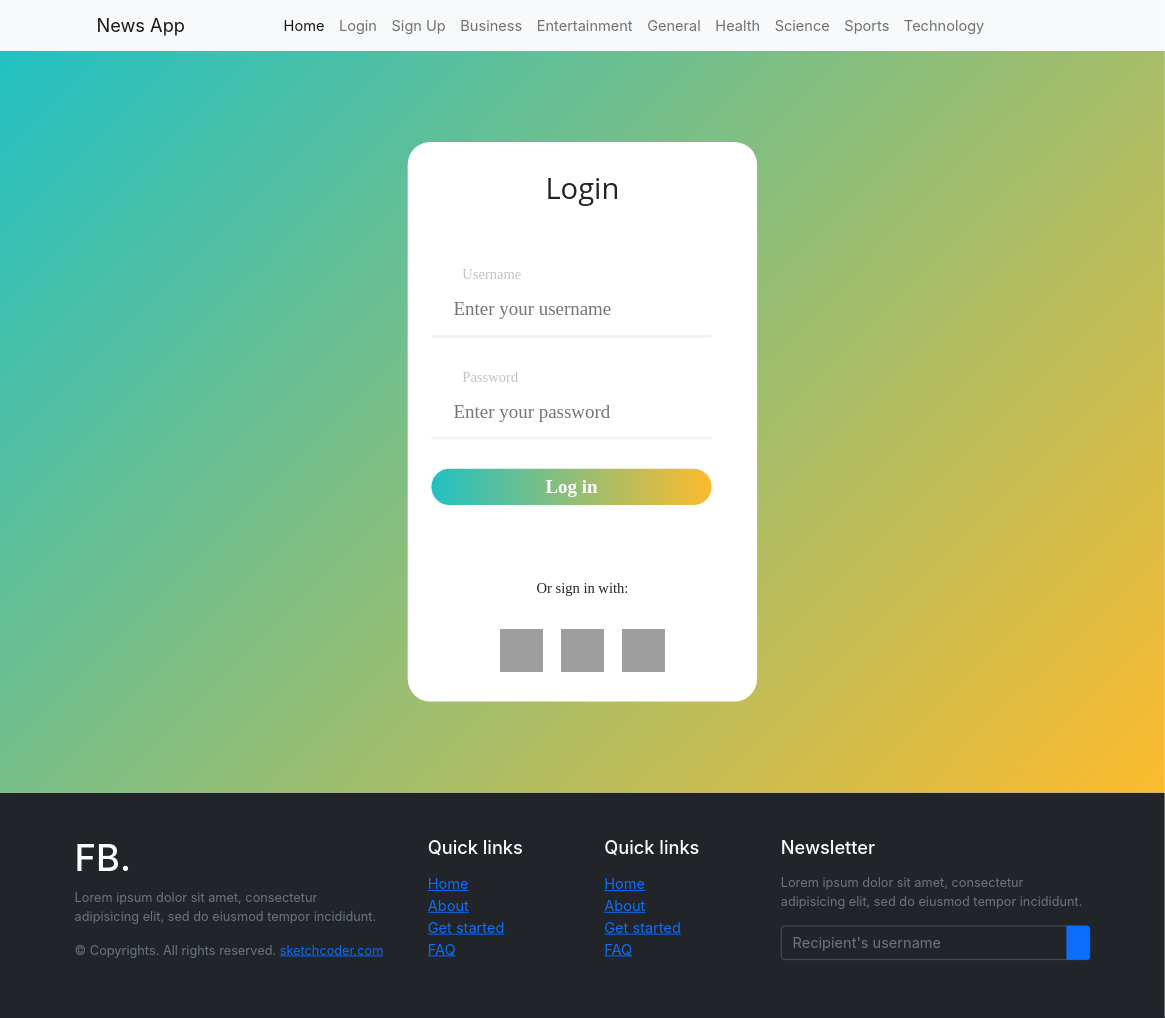
Repository: ZainAkbar51214/News-Site
Page: /login
An editor plug-in stored every save of this project. The page is shown before and after a run of saves, followed by the edit.
The browser window is 1280 px wide. The pictures show the whole page, at 91% of full size.
Pictures or frames that could not be fetched are drawn as grey boxes. The project was rebuilt for these pictures with package versions that can differ from the ones it lists, and the page was loaded fresh each time. Also part of the build but not shown: src/Components/pages/SignUp.jsx, src/Components/Layouts/NewsItem.js, src/Components/Spinner.jsx, src/Components/Layouts/News.js.

Above is the page before, as saved 2023-12-18 03:55:14.

After the next 2 saves:
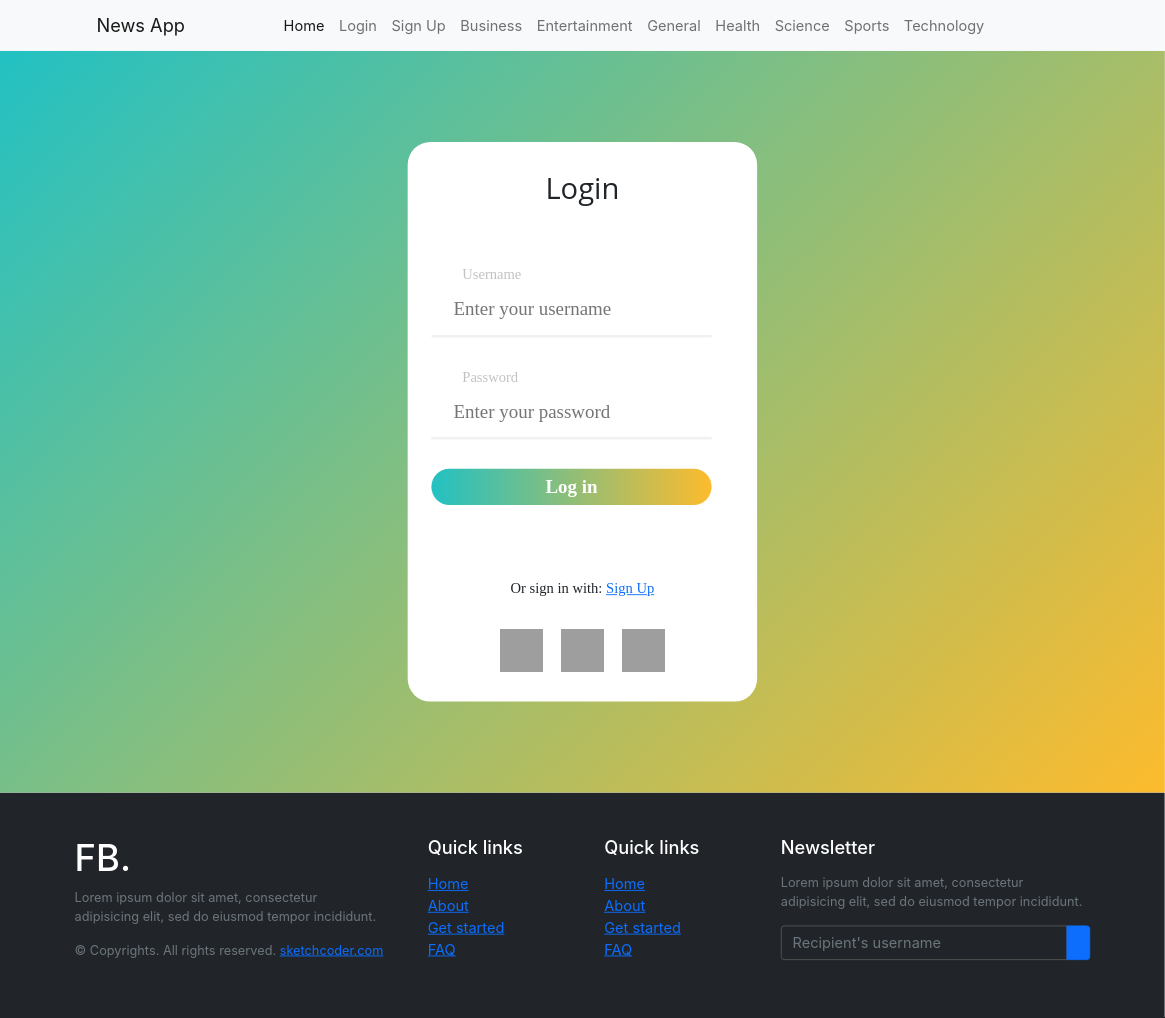
The 2 saves are shown as one change because 1 did not build or start.
The last was saved 50 s later.
--- a/src/Components/pages/Login.jsx
+++ b/src/Components/pages/Login.jsx
@@ -1,5 +1,5 @@
 import React, { Component } from 'react';
-// import { Link } from 'react-router-dom';
+import { Link } from 'react-router-dom';
 
 
 class Login extends Component{
@@ -44,7 +44,7 @@
 
 const OtherMethods = props => (
   <div id="alternativeLogin">
-    <label>Or sign in with:</label>
+    <label>Or sign in with: <Link to="/sign-up">Sign Up</Link></label>
     <div id="iconGroup">
       <Facebook />
       <Twitter />
